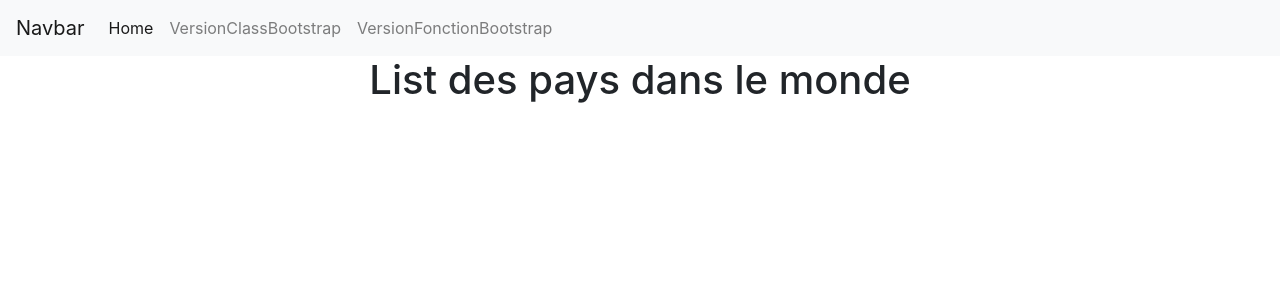
Repository: LudovicB21/CountryTest
Page: /
An editor plug-in stored every save of this project. The page is shown before and after the next save, followed by the edit.
The browser window is 1280 px wide. The pictures show the whole page.
The page's requests for data from a server got no answer. The project was rebuilt for these pictures with package versions that can differ from the ones it lists, and the page was loaded fresh each time. No one was signed in, and anything a server would have sent is missing. Also part of the build but not shown: src/components/VersionClassBootstrap/InfoPays.components.js.

Above is the page before, as saved 2020-10-29 09:53:29.

### public/index.html
<!DOCTYPE html>
<html lang="en">
  <head>
    <meta charset="utf-8" />
    <link rel="icon" href="%PUBLIC_URL%/favicon.ico" />
    <link rel="stylesheet" href="https://cdn.jsdelivr.net/npm/bootstrap@4.5.3/dist/css/bootstrap.min.css" integrity="sha384-TX8t27EcRE3e/ihU7zmQxVncDAy5uIKz4rEkgIXeMed4M0jlfIDPvg6uqKI2xXr2" crossorigin="anonymous">
    <meta name="viewport" content="width=device-width, initial-scale=1" />
    <meta name="theme-color" content="#000000" />
    <meta
      name="description"
      content="Web site created using create-react-app"
    />
    <link rel="apple-touch-icon" href="%PUBLIC_URL%/logo192.png" />
    <!--
      manifest.json provides metadata used when your web app is installed on a
      user's mobile device or desktop. See https://developers.google.com/web/fundamentals/web-app-manifest/
    -->
    <link rel="manifest" href="%PUBLIC_URL%/manifest.json" />
    <link
      rel="stylesheet"
      href="https://maxcdn.bootstrapcdn.com/bootstrap/4.5.0/css/bootstrap.min.css"
      integrity="sha384-9aIt2nRpC12Uk9gS9baDl411NQApFmC26EwAOH8WgZl5MYYxFfc+NcPb1dKGj7Sk"
      crossorigin="anonymous"
    />
    <link rel="stylesheet" href="https://cdn.jsdelivr.net/npm/bootstrap@4.5.3/dist/css/bootstrap.min.css" integrity="sha384-TX8t27EcRE3e/ihU7zmQxVncDAy5uIKz4rEkgIXeMed4M0jlfIDPvg6uqKI2xXr2" crossorigin="anonymous">

    <!--
      Notice the use of %PUBLIC_URL% in the tags above.
      It will be replaced with the URL of the `public` folder during the build.
      Only files inside the `public` folder can be referenced from the HTML.

      Unlike "/favicon.ico" or "favicon.ico", "%PUBLIC_URL%/favicon.ico" will
      work correctly both with client-side routing and a non-root public URL.
      Learn how to configure a non-root public URL by running `npm run build`.
    -->
    <title>React App</title>
  </head>
  <body>
    <noscript>You need to enable JavaScript to run this app.</noscript>
    <div id="root"></div>
    <!--
      This HTML file is a template.
      If you open it directly in the browser, you will see an empty page.

      You can add webfonts, meta tags, or analytics to this file.
      The build step will place the bundled scripts into the <body> tag.

      To begin the development, run `npm start` or `yarn start`.
      To create a production bundle, use `npm run build` or `yarn build`.
    -->
  </body>
</html>

### src/App.js
import React from 'react';
import './App.css';
import ListPays from "./components/VersionClassBootstrap/ListPays.components"
import { BrowserRouter as Router, Route, Switch} from 'react-router-dom'
import InfoPays from "./components/VersionClassBootstrap/InfoPays.components"
import Nav from "./components/Navigation"
function App() {
  return (
    <div className="App">
        <Router>
          <Nav />
          <Switch>
            <Route path="/"  exact component={ListPays} />
            <Route path="/:id"  component={InfoPays }/>
          </Switch>
        </Router>
    </div>
  );
}

export default App;

### src/components/VersionClassBootstrap/ListPays.components.js
import React, { Component } from 'react'
import {Link} from 'react-router-dom'

class Pays extends Component{
  state = {
    items: []
  }

  componentDidMount(){
    fetch(
      "https://restcountries.eu/rest/v2/all"
    )
    .then(response => response.json())
    .then(responseJson => {
      this.setState({items: responseJson})
    })
  }

  render(){
    return(
      <div className="container">
        <h1>List des pays dans le monde </h1>
          <ul className="list-group">
            {this.state.items.map(pays => {
              return (<Link to={{pathname: `/${pays.name}`, query: {pays}}}>
                <li key={pays.alpha3Code} className="list-group-item">
                  {pays.name} <img src={pays.flag} style={{width: "50px", height: "50px"}} alt="drapeau" />
                </li>
              </Link>
            )})}
          </ul>
      </div>
    )
  }


}


export default Pays

### src/components/Navigation.js
import React, { Component } from 'react';
import { Link } from 'react-router-dom';

class Navigation extends Component {
    render() {
        return (
            <nav class="navbar navbar-expand-lg navbar-light bg-light">
            <a class="navbar-brand" href="#">Navbar</a>
            <button class="navbar-toggler" type="button" data-toggle="collapse" data-target="#navbarNav" aria-controls="navbarNav" aria-expanded="false" aria-label="Toggle navigation">
                <span class="navbar-toggler-icon"></span>
            </button>
            <div class="collapse navbar-collapse" id="navbarNav">
                <ul class="navbar-nav">
                    <li class="nav-item active">
                        <a class="nav-link" href="#">Home <span class="sr-only">(current)</span></a>
                    </li>
                    <Link to="/VersionClassBootstrap">
                        <li class="nav-item">
                            <a class="nav-link" href="#">VersionClassBootstrap</a>
                        </li>
                    </Link>
                    <Link to="/VersionFonctionBootstrap">
                        <li class="nav-item">
                            <a class="nav-link" href="#">VersionFonctionBootstrap</a>
                        </li>
                    </Link>
                </ul>
            </div>
            </nav>
        )
    }
}

export default Navigation

### src/components/Accueil.js
import React, { Component } from 'react'

class Accueil extends Component {
    render() {
        return (
            <div>
                Accueil
            </div>
        )
    }
}

export default Accueil

Loaded but not shown: src/index.js (common file); src/index.css (common file); src/serviceWorker.js (common file); src/App.css (common file)

After the next save:
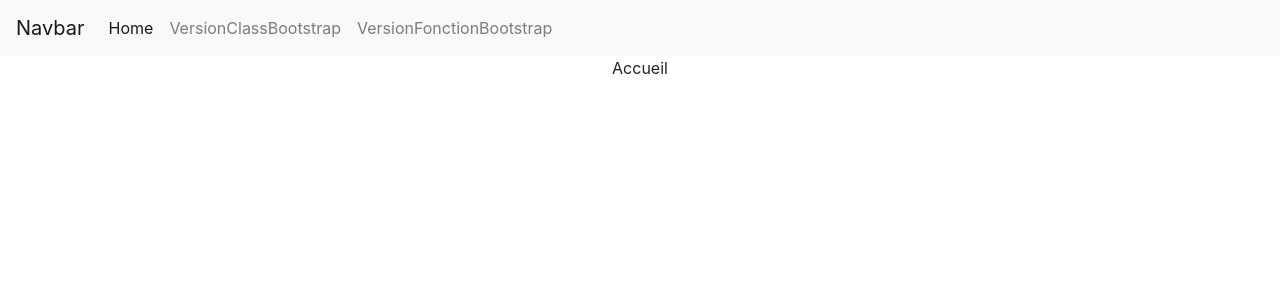
Saved 52 s later.
--- a/src/App.js
+++ b/src/App.js
@@ -1,6 +1,7 @@
 import React from 'react';
 import './App.css';
 import ListPays from "./components/VersionClassBootstrap/ListPays.components"
+import Accueil from "./components/Accueil"
 import { BrowserRouter as Router, Route, Switch} from 'react-router-dom'
 import InfoPays from "./components/VersionClassBootstrap/InfoPays.components"
 import Nav from "./components/Navigation"
@@ -10,7 +11,8 @@ function App() {
         <Router>
           <Nav />
           <Switch>
-            <Route path="/"  exact component={ListPays} />
+            <Route path="/"  exact component={Accueil} />
+            <Route path="/VersionClassBootstrap" component={ListPays} />
             <Route path="/:id"  component={InfoPays }/>
           </Switch>
         </Router>
